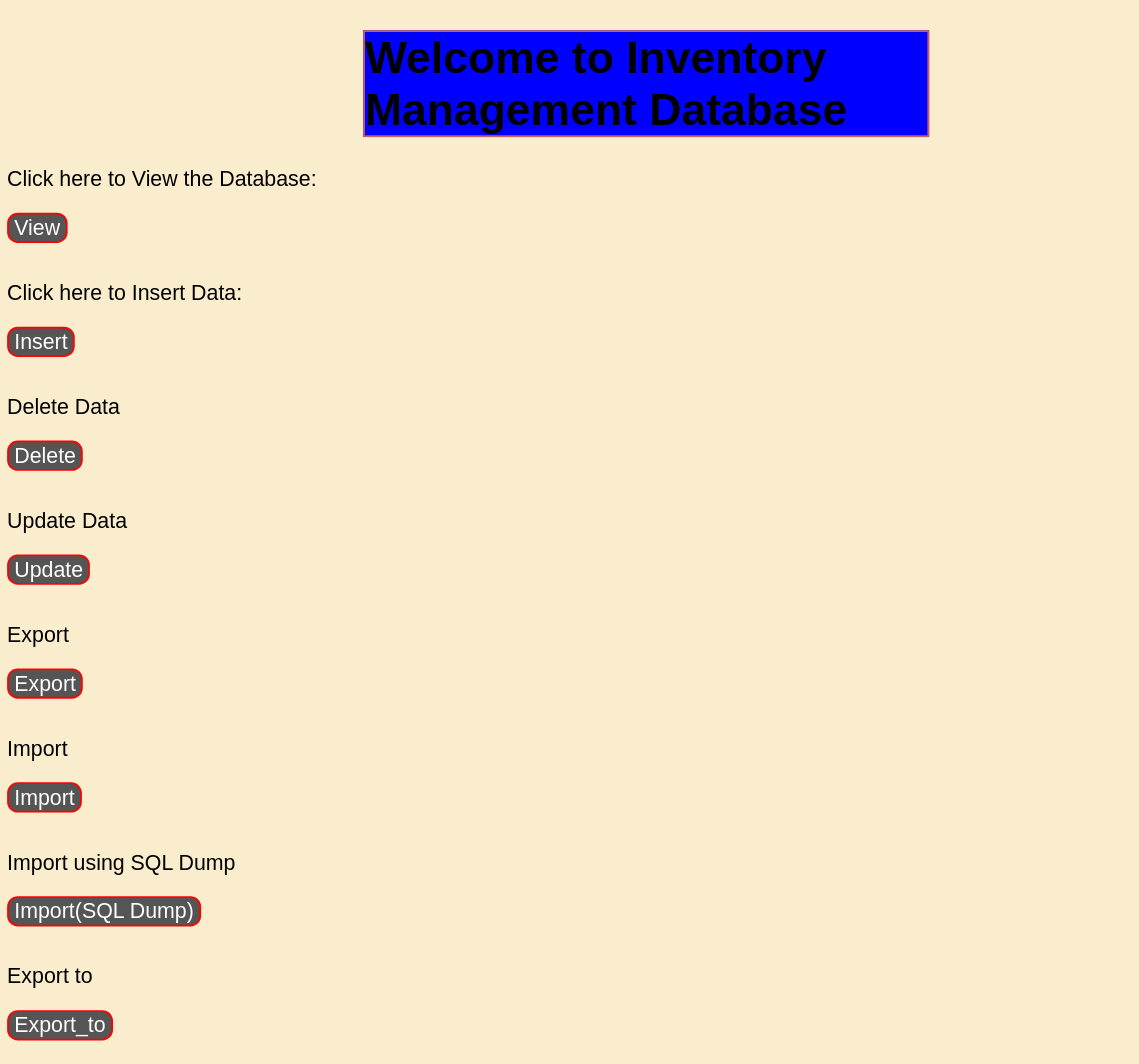
Repository: cyrusdwivedi2002/inventory-management-system
Page: DemoApp/src/main/webapp/Mainpage.html
An editor plug-in stored every save of this project. The page is shown before and after the next save, followed by the edit.
The browser window is 1280 px wide. The pictures show the whole page, at 89% of full size.
Some web fonts or font styles are not loaded; a fallback is used.

Above is the page before, as saved 2022-06-24 18:39:32.

### DemoApp/src/main/webapp/Mainpage.html
<!DOCTYPE html>
<html>
<head>
<meta charset="ISO-8859-1">

<link rel="preconnect" href="https://fonts.googleapis.com">
<link rel="preconnect" href="https://fonts.gstatic.com" crossorigin>
<link href="https://fonts.googleapis.com/css2?family=Anek+Latin:wght@500&family=Smooch&display=swap" rel="stylesheet">

<style>
body {
background-color: #faedcd;
font-family: 'Anek Latin', sans-serif;
}
h1{
color: black;
background-color:blue;
width: 50%;
margin-left:8em;
border: 2px solid indianred;
font-size:50px;
}
p{
font-size:x-large;
}
button{
background-color: #555555;
color:white;
font-size: 24px;
border-radius: 12px;
border:2px solid red;
}
button:hover{
cursor:pointer;

}
</style>
<title>Inventory management System</title>
</head>
<body>
	<h1>Welcome to Inventory Management Database</h1>
	<p> Click here to View the Database: </p>
	<button type="button" form="form1"   onclick="window.location.href = 'view.html';">View</button>
	<br/><br/>
	<p> Click here to Insert Data: </p>
	<button type="button" form="form1"   onclick="window.location.href = 'insert.html';">Insert</button>
	<br/><br/>
	<p> Delete Data </p>
	<button type="button" form="form1"   onclick="window.location.href = 'delete.html';">Delete</button>
	<br/><br/>
	<p> Update Data </p>
	<button type="button" form="form1"   onclick="window.location.href = 'update.html';">Update</button>
	<br/><br/>
	<p> Export </p>
	<button type="button" form="form1"   onclick="window.location.href = 'export.html';">Export</button>
	<br/><br/>
	<p> Import </p>
	<button type="button" form="form1"   onclick="window.location.href = 'import.html';">Import</button>
	<br/><br/>
	<p> Import using SQL Dump</p>
	<button type="button" form="form1"   onclick="window.location.href = 'importdump.html';">Import(SQL Dump)</button>
	<br/><br/>
	<p> Export to</p>
	<button type="button" form="form1"   onclick="window.location.href = 'export.html';">Export_to</button>
	<br/><br/>

	</body>
</html>

After the next save:
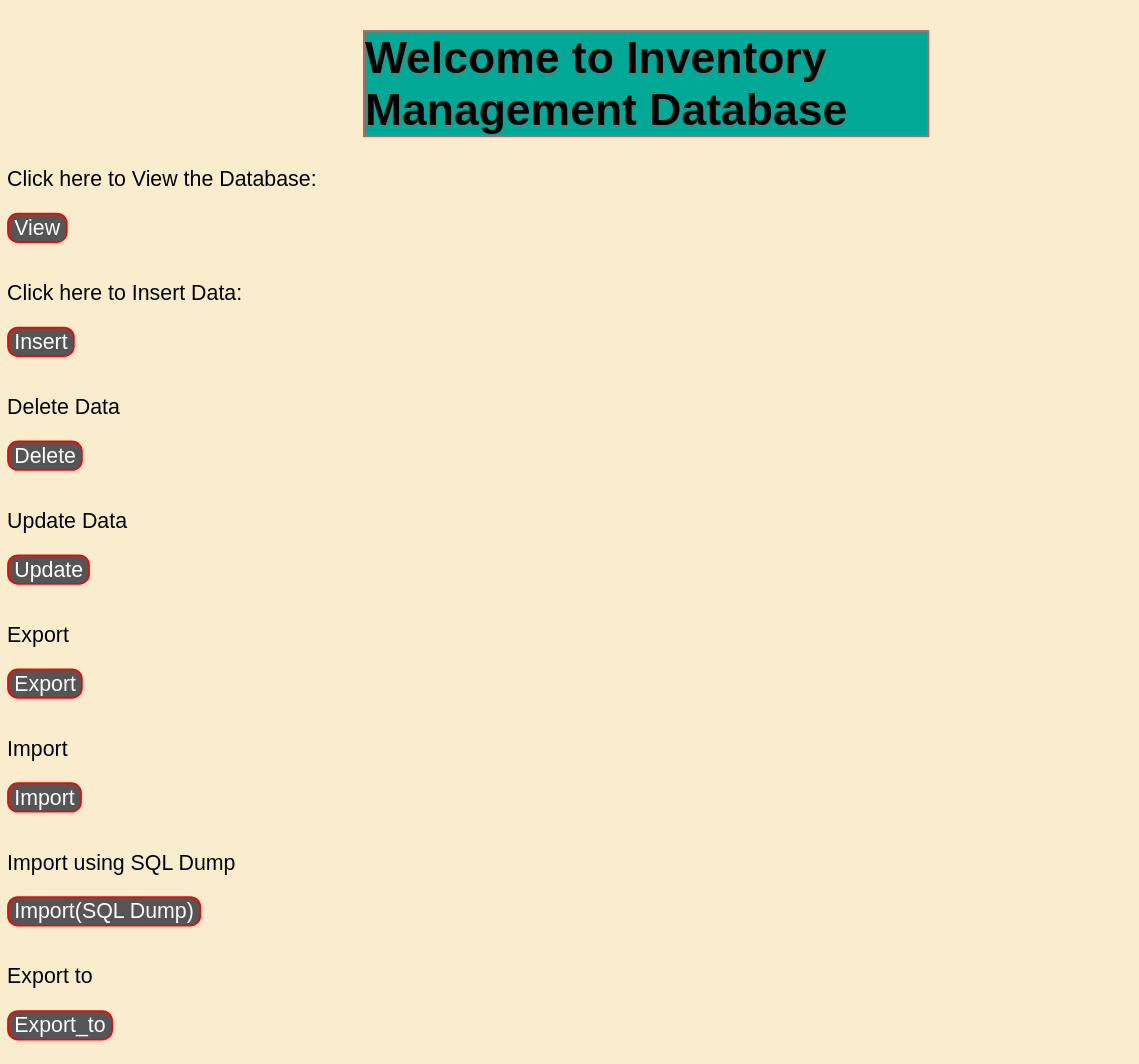
Saved 27 s later.
--- a/DemoApp/src/main/webapp/Mainpage.html
+++ b/DemoApp/src/main/webapp/Mainpage.html
@@ -14,7 +14,7 @@ font-family: 'Anek Latin', sans-serif;
 }
 h1{
 color: black;
-background-color:blue;
+background-color:#00a896;
 width: 50%;
 margin-left:8em;
 border: 2px solid indianred;
